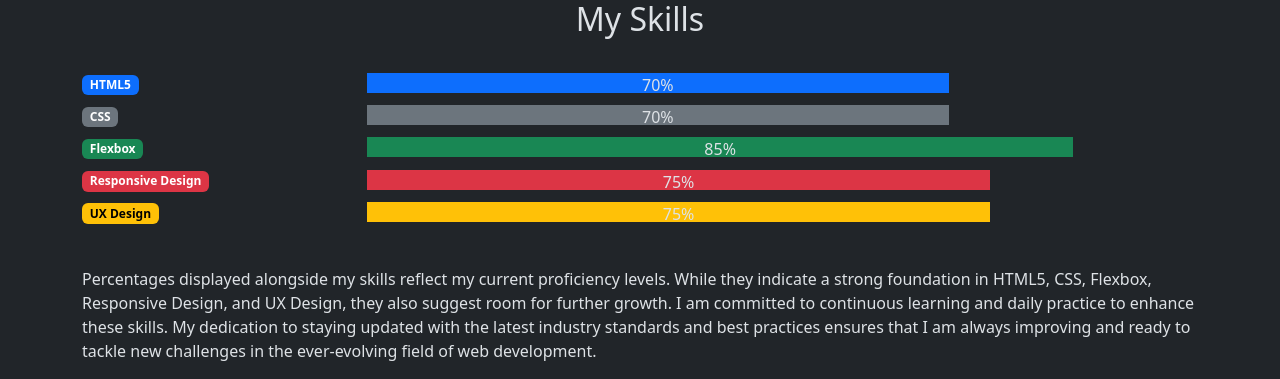
Repository: uvee35/Bootstrap-Portfolio
Page: index.html
An editor plug-in stored every save of this project. The page is shown before and after the next save, followed by the edit.
The browser window is 1280 px wide. The pictures show the part of the page from y = 1074 to 1817 px (the page is 1453 px tall before and 1817 px after).
A picture or video elsewhere on the page could not be fetched, so the positions and the page height are approximate.

Above is the page before, as saved 2023-12-18 19:45:07.

After the next save:
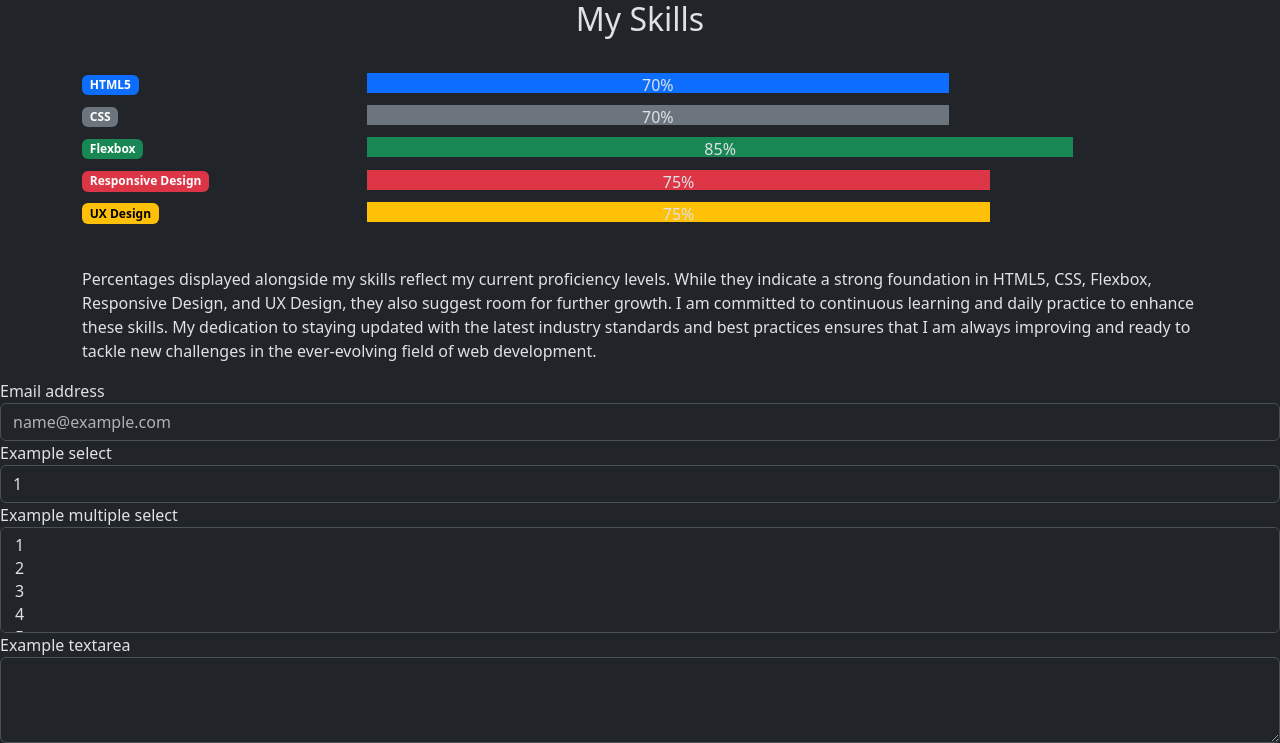
Saved 7 min 44 s later.
--- a/index.html
+++ b/index.html
@@ -253,6 +253,47 @@
       </div>
     </div>
 
+    <!-- Contact Me -->
+    <form>
+      <div class="form-group">
+        <label for="exampleFormControlInput1">Email address</label>
+        <input
+          type="email"
+          class="form-control"
+          id="exampleFormControlInput1"
+          placeholder="name@example.com"
+        />
+      </div>
+      <div class="form-group">
+        <label for="exampleFormControlSelect1">Example select</label>
+        <select class="form-control" id="exampleFormControlSelect1">
+          <option>1</option>
+          <option>2</option>
+          <option>3</option>
+          <option>4</option>
+          <option>5</option>
+        </select>
+      </div>
+      <div class="form-group">
+        <label for="exampleFormControlSelect2">Example multiple select</label>
+        <select multiple class="form-control" id="exampleFormControlSelect2">
+          <option>1</option>
+          <option>2</option>
+          <option>3</option>
+          <option>4</option>
+          <option>5</option>
+        </select>
+      </div>
+      <div class="form-group">
+        <label for="exampleFormControlTextarea1">Example textarea</label>
+        <textarea
+          class="form-control"
+          id="exampleFormControlTextarea1"
+          rows="3"
+        ></textarea>
+      </div>
+    </form>
+
     <script
       src="https://cdn.jsdelivr.net/npm/bootstrap@5.3.2/dist/js/bootstrap.bundle.min.js"
       integrity="sha384-C6RzsynM9kWDrMNeT87bh95OGNyZPhcTNXj1NW7RuBCsyN/o0jlpcV8Qyq46cDfL"
